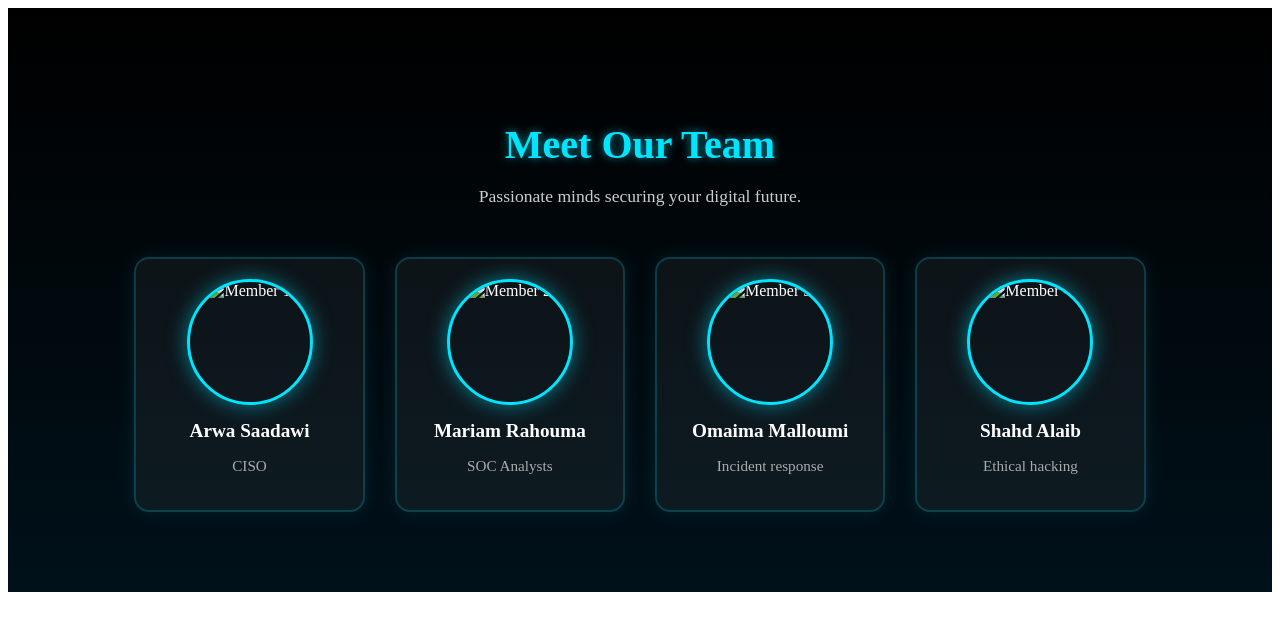
Repository: baha1115/tech-web
Page: TEST.html
The author's editor kept a copy of each file at every save. The page is drawn from the files as they stood at one save, then again after the next save.
The browser window is 1280 px wide. The pictures show the whole page.

Above is the page before, as saved 2025-09-08 18:35:23.
Not found: src/team1.jpg
Not found: src/team2.jpg
Not found: src/team3.jpg

### TEST.html
<!DOCTYPE html>
<html lang="en">
<head>
  <meta charset="UTF-8">
  <meta name="viewport" content="width=device-width, initial-scale=1.0">
  <title>Document</title>
</head>
<body>
  <section class="team">
  <div class="team-title">
    <h2>Meet Our Team</h2>
    <p>Passionate minds securing your digital future.</p>
  </div>

  <div class="team-members">
    <!-- Member 1 -->
    <div class="member-card">
      <div class="member-img">
        <img src="/src/team1.jpg" alt="Member 1">
      </div>
      <h3>Arwa Saadawi</h3>
      <p>CISO</p>
    </div>

    <!-- Member 2 -->
    <div class="member-card">
      <div class="member-img">
        <img src="/src/team2.jpg" alt="Member 2">
      </div>
      <h3>Mariam Rahouma</h3>
      <p>SOC Analysts</p>
    </div>

    <!-- Member 3 -->
    <div class="member-card">
      <div class="member-img">
        <img src="/src/team3.jpg" alt="Member 3">
      </div>
      <h3>Omaima Malloumi</h3>
      <p>Incident response</p>
    </div>

    <!-- Member 4 -->
    <div class="member-card">
      <div class="member-img">
        <img src="/src/team4.jpg" alt="Member 4">
      </div>
      <h3>Shahd Alaib</h3>
      <p>Ethical hacking</p>
    </div>
  </div>
</section>

  <style>
.team {
  padding: 80px 10%;
  background: linear-gradient(180deg, #000 0%, #00111a 100%);
  color: white;
  text-align: center;
}

.team-title h2 {
  font-size: 2.5rem;
  margin-bottom: 10px;
  color: #00e5ff;
  text-shadow: 0 0 10px rgba(0,229,255,0.6);
}

.team-title p {
  font-size: 1.1rem;
  color: #ccc;
  margin-bottom: 50px;
}

.team-members {
  display: grid;
  grid-template-columns: repeat(auto-fit, minmax(220px, 1fr));
  gap: 30px;
}

.member-card {
  background: rgba(255,255,255,0.05);
  border: 2px solid rgba(0,229,255,0.2);
  border-radius: 15px;
  padding: 20px;
  transition: all 0.3s ease;
  box-shadow: 0 0 20px rgba(0,229,255,0.1);
  position: relative;
  overflow: hidden;
}

.member-card:hover {
  transform: translateY(-10px);
  border-color: #00e5ff;
  box-shadow: 0 0 30px rgba(0,229,255,0.6);
}

.member-img {
  width: 120px;
  height: 120px;
  margin: 0 auto 15px;
  border-radius: 50%;
  overflow: hidden;
  border: 3px solid #00e5ff;
  box-shadow: 0 0 20px rgba(0,229,255,0.5);
}

.member-img img {
  width: 100%;
  height: 100%;
  object-fit: cover;
}

.member-card h3 {
  margin: 10px 0 5px;
  font-size: 1.2rem;
  color: #fff;
}

.member-card p {
  font-size: 0.95rem;
  color: #aaa;
}

  </style>
</body>
</html>

After the next save:
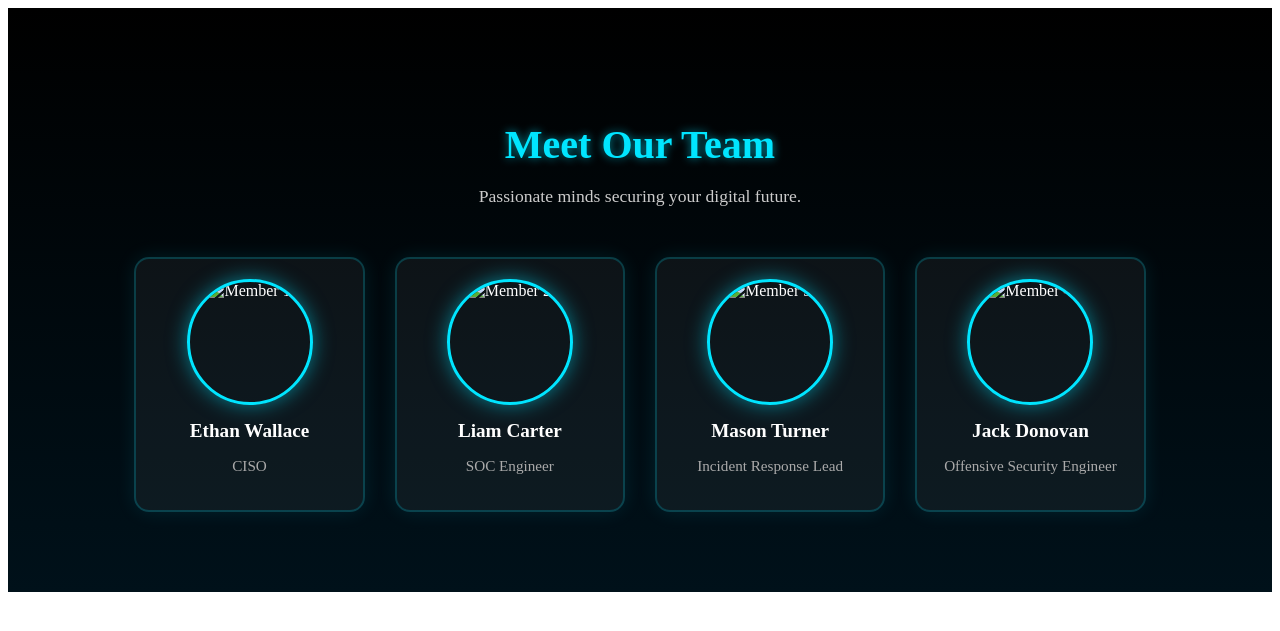
Saved 2 min 46 s later.
--- a/TEST.html
+++ b/TEST.html
@@ -18,7 +18,7 @@
       <div class="member-img">
         <img src="/src/team1.jpg" alt="Member 1">
       </div>
-      <h3>Arwa Saadawi</h3>
+      <h3>Ethan Wallace</h3>
       <p>CISO</p>
     </div>
 
@@ -27,8 +27,8 @@
       <div class="member-img">
         <img src="/src/team2.jpg" alt="Member 2">
       </div>
-      <h3>Mariam Rahouma</h3>
-      <p>SOC Analysts</p>
+      <h3>Liam Carter</h3>
+      <p>SOC Engineer</p>
     </div>
 
     <!-- Member 3 -->
@@ -36,8 +36,8 @@
       <div class="member-img">
         <img src="/src/team3.jpg" alt="Member 3">
       </div>
-      <h3>Omaima Malloumi</h3>
-      <p>Incident response</p>
+      <h3>Mason Turner</h3>
+      <p>Incident Response Lead</p>
     </div>
 
     <!-- Member 4 -->
@@ -45,8 +45,8 @@
       <div class="member-img">
         <img src="/src/team4.jpg" alt="Member 4">
       </div>
-      <h3>Shahd Alaib</h3>
-      <p>Ethical hacking</p>
+      <h3>Jack Donovan</h3>
+      <p>Offensive Security Engineer</p>
     </div>
   </div>
 </section>
